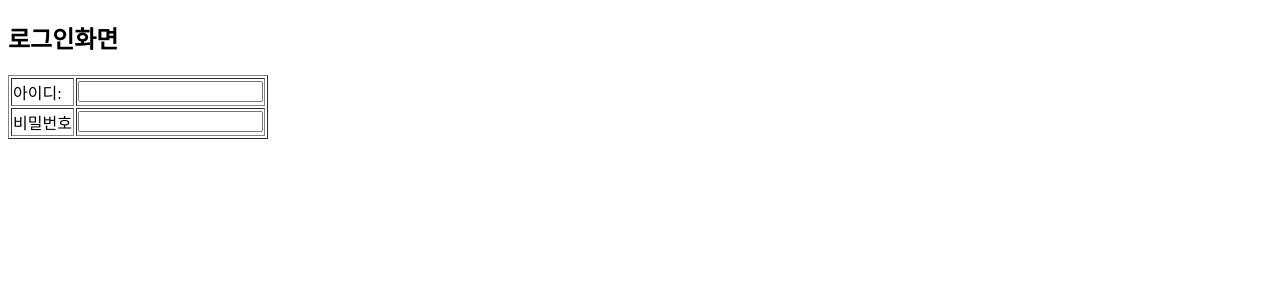
Repository: JungYOsup/Mini_project
Page: http://localhost/EsCape_Room/login_form.jsp
The author's editor kept a copy of each file at every save. The page is drawn from the files as they stood at one save, then again after the next save.
The browser window is 1280 px wide. The pictures show the whole page.
The page is served by Tomcat 9. Other server files are loaded and not shown.

Above is the page before, as saved 2018-01-15 07:19:55.

### EsCape_Room/WebContent/login_form.jsp
<!--- 페이지 디렉티브<%--  <%@page %> --%> : JSP페이지에 대한 설정 정보를 지정 -->
<!--인코딩은 UTF-8이고 , html이다.  -->
<!--이렇게 3가지를 구성해줘야지 한글이 안깨짐  -->
<%@ page language="java" contentType="text/html; charset=UTF-8" %>
<%request.setCharacterEncoding("utf-8"); %>
<%response.setContentType("text/html; charset=UTF-8"); %>

<!-- <!DOCTYPE html PUBLIC "-//W3C//DTD HTML 4.01 Transitional//EN" "http://www.w3.org/TR/html4/loose.dtd"> HTML4버전     -->
<!DOCTYPE html> <!--HTML5로 버전을 지정해줌 -->

<html>
<head>
<meta http-equiv="Content-Type" content="text/html; charset=UTF-8">
<title>Insert title here</title>
</head>
<body>
<h2>로그인화면</h2>

<table border="1">

	<tr>
		<td>아이디:</td>
		<td><input type="text" name="id"></td>

	</tr>

	<tr>
		<td>비밀번호</td>
		<td><input type="password" name="pw"> </td>
	</tr>


</table>
</body>
</html>

After the next save:
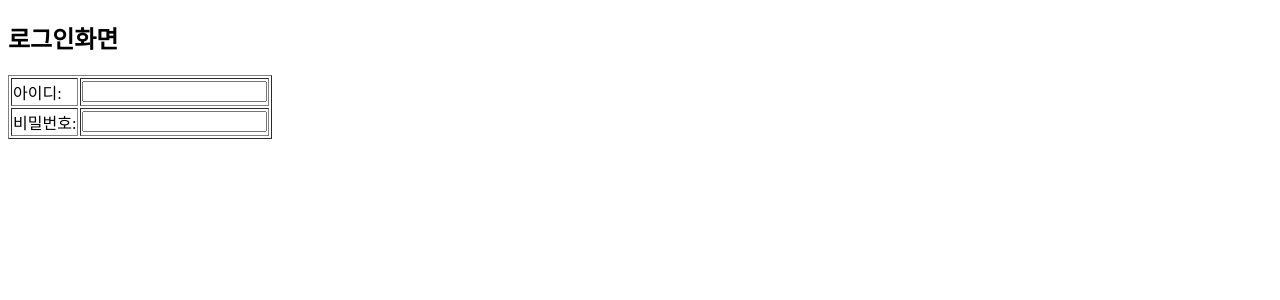
Saved 28 s later.
--- a/EsCape_Room/WebContent/login_form.jsp
+++ b/EsCape_Room/WebContent/login_form.jsp
@@ -25,7 +25,7 @@
 	</tr>
 
 	<tr>
-		<td>비밀번호</td>
+		<td>비밀번호:</td>
 		<td><input type="password" name="pw"> </td>
 	</tr>
 

After the save that followed:
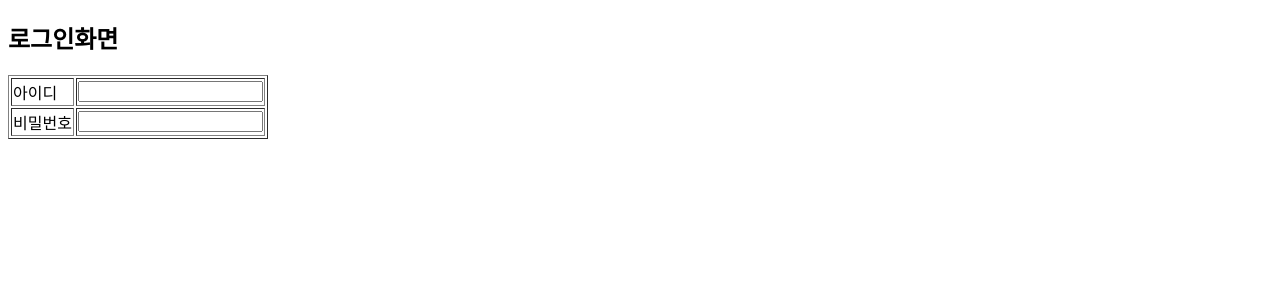
Saved 2 min 27 s later.
--- a/EsCape_Room/WebContent/login_form.jsp
+++ b/EsCape_Room/WebContent/login_form.jsp
@@ -19,13 +19,13 @@
 <table border="1">
 
 	<tr>
-		<td>아이디:</td>
+		<td>아이디</td>
 		<td><input type="text" name="id"></td>
 
 	</tr>
 
 	<tr>
-		<td>비밀번호:</td>
+		<td>비밀번호</td>
 		<td><input type="password" name="pw"> </td>
 	</tr>
 
